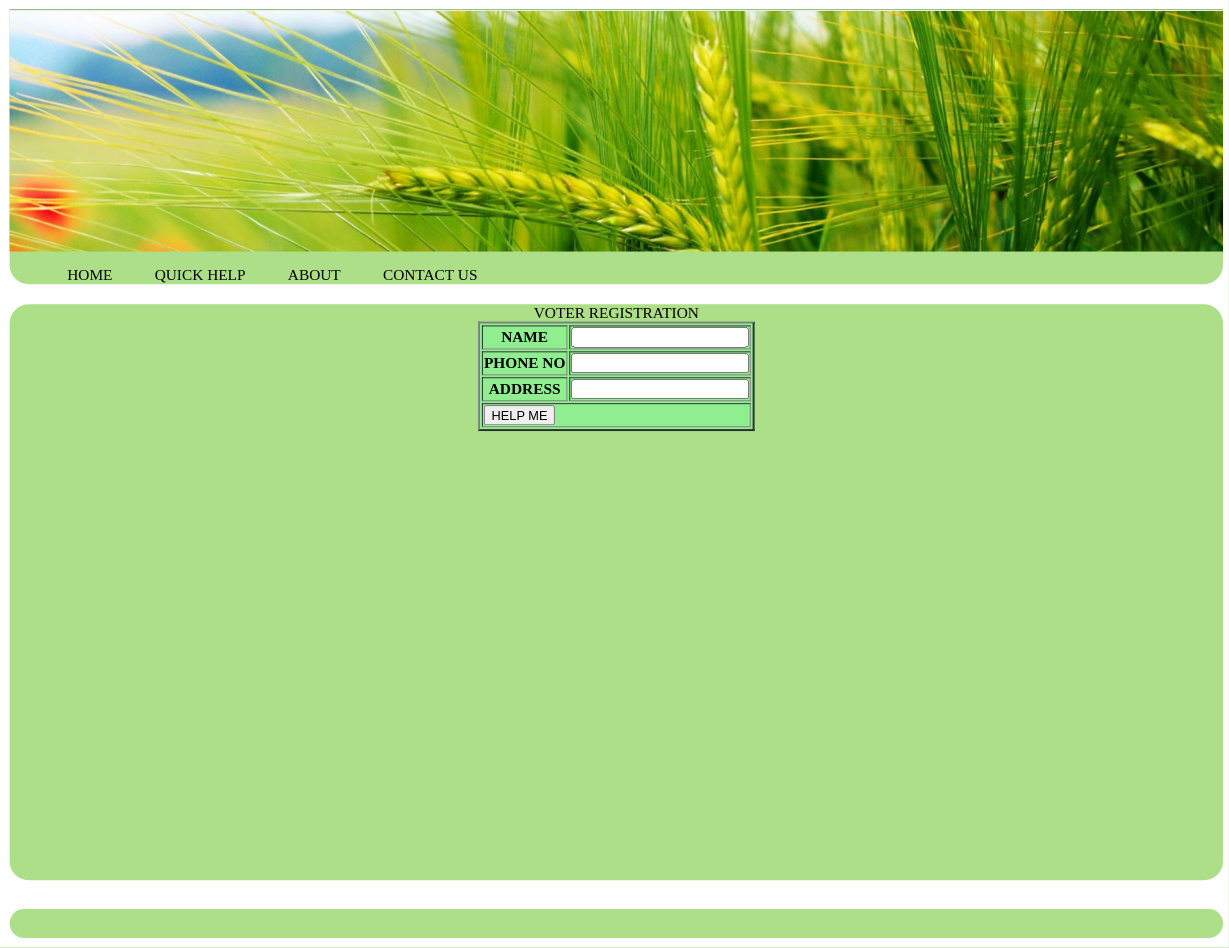
Repository: shivamtyagi1234/FarmoFriend
Page: http://localhost/FarmoFriend/QuickHelp.jsp
An editor plug-in stored every save of this project. The page is shown before and after the next save, followed by the edit.
The browser window is 1280 px wide. The pictures show the whole page, at 96% of full size.
The page is served by Tomcat 9.

Above is the page before, as saved 2019-11-03 08:00:40.

After the next save:
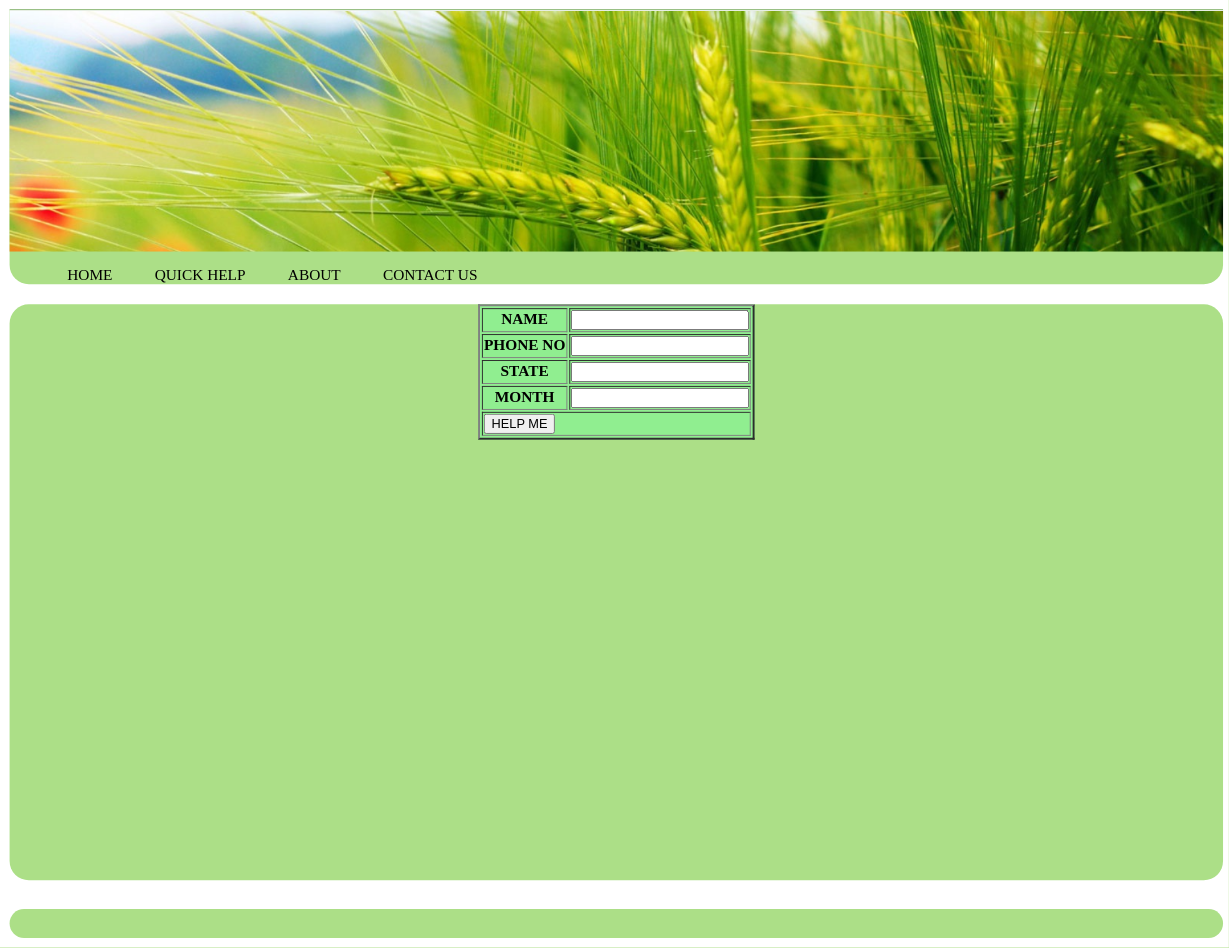
Saved 3 min 56 s later.
--- a/FarmoFriend/WebContent/QuickHelp.jsp
+++ b/FarmoFriend/WebContent/QuickHelp.jsp
@@ -80,10 +80,11 @@ height:30px;
 <form action="QuickHelpProcess.jsp">
 
 <table align="center" border="2" bgcolor="lightgreen">
-<caption>VOTER REGISTRATION</caption>
+<caption></caption>
 <tr><th>NAME</th><td><input type="text" name="voterName" required></td></tr>
 <tr><th>PHONE NO</th><td><input type="phone" name="phone" maxlength="10" required></td></tr>
-<tr><th>ADDRESS</th><td><input type="text" name="address" required></td></tr>
+<tr><th>STATE</th><td><input type="text" name="state" required></td></tr>
+<tr><th>MONTH</th><td><input type="text" name="month" required></td></tr>
 <tr><td colspan="2"><input type="submit" value="HELP ME" align="center"></td></tr>
 </table>
 
